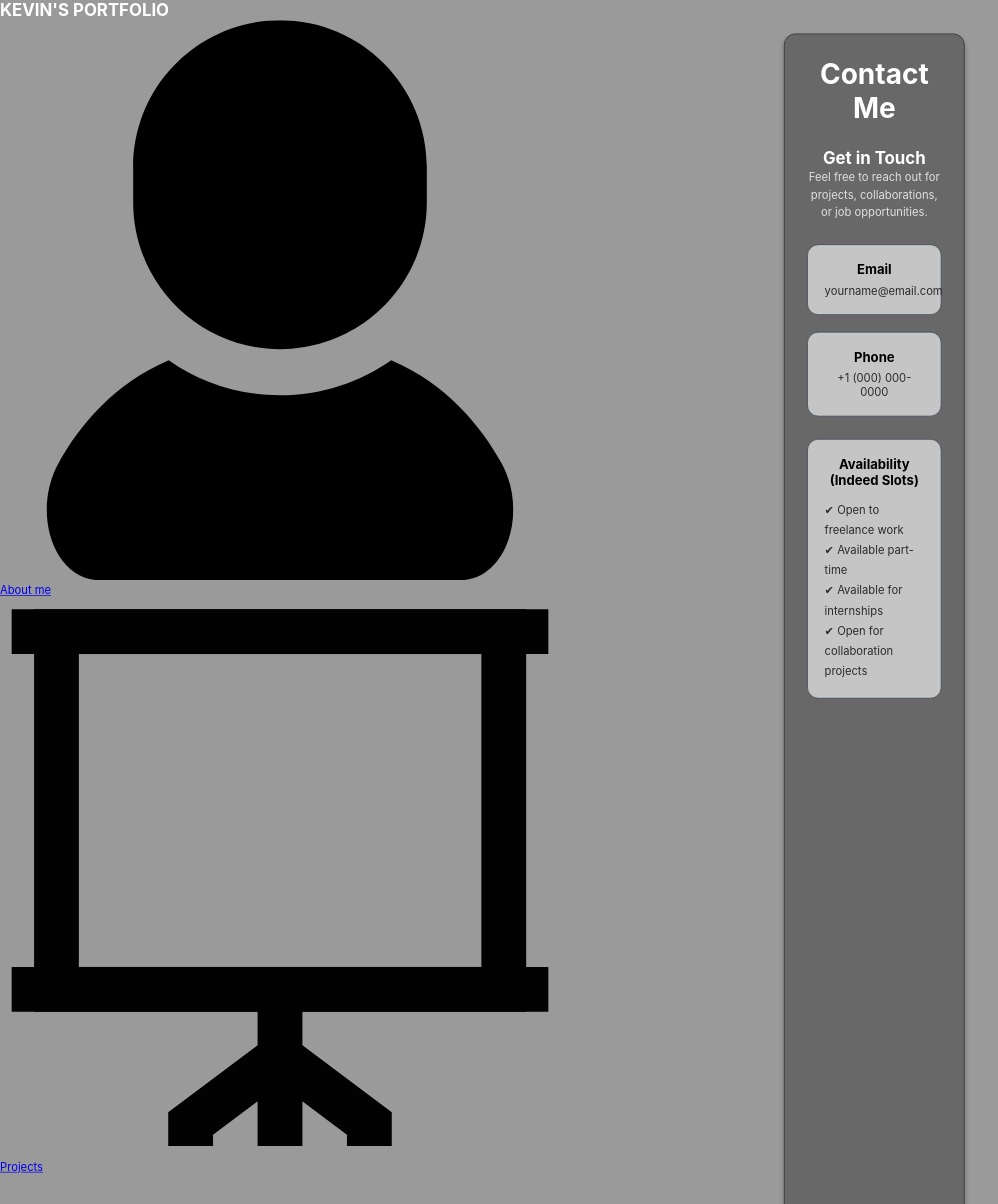
Repository: KevinSamaha/Kevin_Samaha
Page: pages/contact.html
These files come from the project's save history. The page is drawn as it stood at one moment and after the next save; the edit follows.
The browser window is 1280 px wide. The page is 1426 px wide, then 1280 px, so the pictures cover 1426 px, including what lies to the right of the window. The pictures show the part of the page from y = 0 to 1720 px (the page is 2501 px tall before and 720 px after), at 70% of full size.

Above is the page before, as saved 2026-05-13 23:27:03.

After the next save:
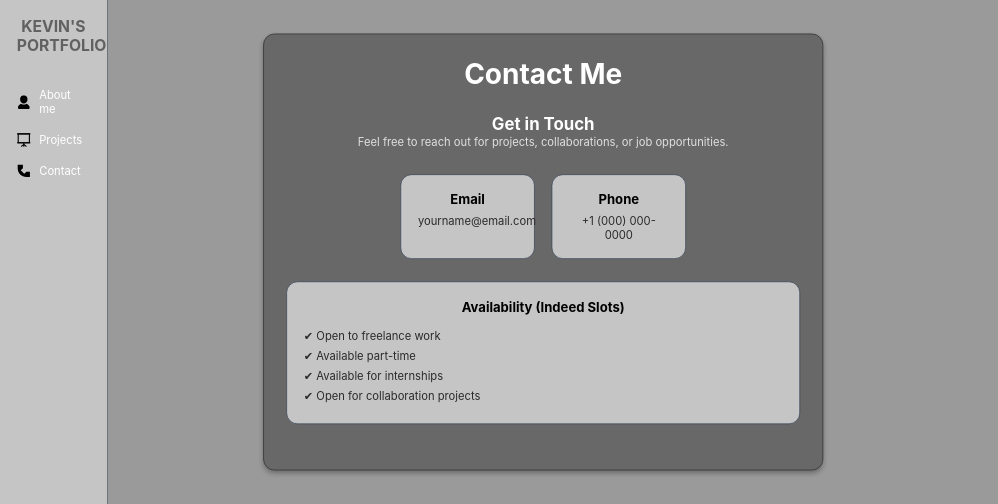
Saved 28 s later.
--- a/pages/contact.html
+++ b/pages/contact.html
@@ -6,6 +6,7 @@
     <title>Contact Me</title>
 
     <link rel="stylesheet" href="../styles/contact.css" />
+        <link rel="stylesheet" href="../styles/global.css">
   </head>
 
   <body>
